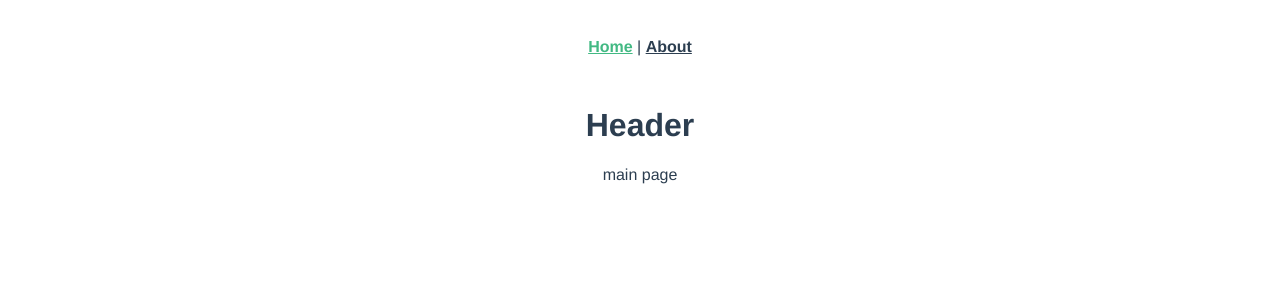
Repository: chinkauchenna2021/baseFinance
Page: /
The author's editor kept a copy of each file at every save. The page is drawn from the files as they stood at one save, then again after a run of saves.
The browser window is 1280 px wide. The pictures show the whole page.
The project was rebuilt for these pictures with package versions that can differ from the ones it lists, and the page was loaded fresh each time. Also part of the build but not shown: vue.config.js.

Above is the page before, as saved 2023-07-03 06:24:12.

### src/router/index.js
import { createRouter, createWebHistory } from 'vue-router'
// import HomeView from '../views/HomeView.vue'
import Home from '../views/components/pages/mainpages/Home.vue';

const routes = [
  {
    path: '/',
    name: 'Home',
    component: Home
  },
  {
    path: '/about',
    name: 'about',
    // route level code-splitting
    // this generates a separate chunk (about.[hash].js) for this route
    // which is lazy-loaded when the route is visited.
    component: () => import(/* webpackChunkName: "about" */ '../views/AboutView.vue')
  }
]

const router = createRouter({
  history: createWebHistory(process.env.BASE_URL),
  routes
})

export default router

### src/views/components/pages/mainpages/Home.vue
<template>
   <MainLayout>
       <div>main page</div>
   </MainLayout>
</template>

<script>
import MainLayout from '../layouts/MainLayout.vue'
export default {
    name:"Home",
  components:{
     MainLayout
  }


}
</script>

<style>

</style>

### src/views/components/pages/layouts/MainLayout.vue
<template>
  <div >
    <div>
       <Header />
        <div >
            <slot></slot>
        </div>
       <Footer />
    </div>
  </div>

</template>

<script>
import Header from './Header.vue';
import Footer from './Footer.vue';
export default {
    name:"MainLayout",
    components:{
        Header,
    },
    data(){
        return{

        }
    }
}
</script>

<style>

</style>

### src/views/components/pages/layouts/Header.vue
<template>
    <div >
    <h1>Header</h1>
    </div>
</template>

<script>
export default {
  name:"Header",
}
</script>

<style>

</style>

### src/views/components/pages/layouts/Footer.vue
<template>
    <div >
       <h1>Footer</h1>
    </div>
</template>

<script>
export default {
    name:"Footer",

}
</script>

<style>

</style>

Loaded but not shown: public/index.html (common file); src/main.js (common file); src/App.vue (common file); src/registerServiceWorker.js (common file)

After the next 2 saves:
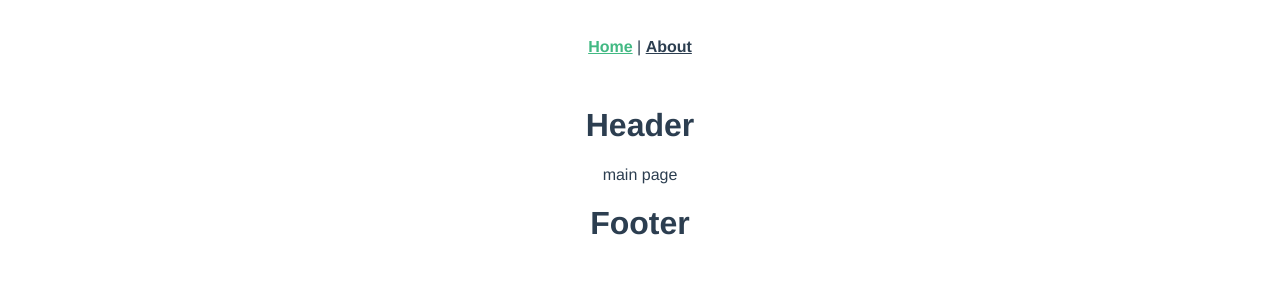
The 2 saves are shown as one change because they came seconds apart.
The last was saved 36 s later.
--- a/src/views/components/pages/layouts/MainLayout.vue
+++ b/src/views/components/pages/layouts/MainLayout.vue
@@ -18,6 +18,7 @@ export default {
     name:"MainLayout",
     components:{
         Header,
+        Footer,
     },
     data(){
         return{
